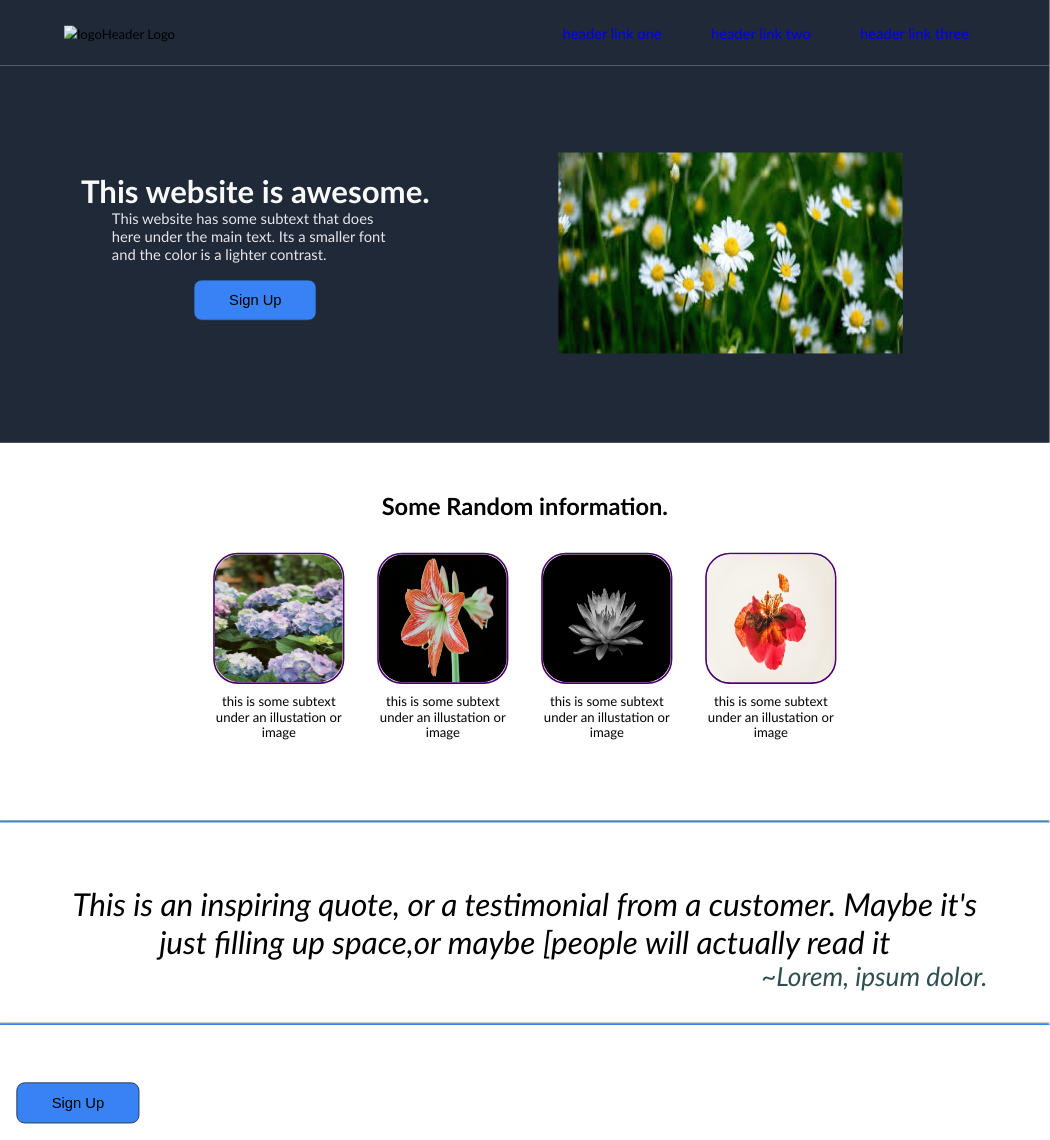
Repository: CassieHardluck/Landing-Page
Page: index.html
The author's editor kept a copy of each file at every save. The page is drawn from the files as they stood at one save, then again after the next save.
The browser window is 1280 px wide. The pictures show the whole page, at 82% of full size.

Above is the page before, as saved 2024-06-02 02:46:59.

### index.html
<!DOCTYPE html>
  <html lang="en">
    <head>
      <meta charset="UTF-8">
      <meta name="viewport" content="width=device-width, initial-scale=1.0">
      <title>Landing Page - theodinproject</title>
      <link rel="stylesheet" href="styles.css">
    </head>
    <body>

      <!-- header -->
      <header id="head">

        <!-- logo -->
        <div class="img-div">
          <img class="logo-img" src="" alt="logo">Header Logo
        </div>

        <!-- spacer to help my flex items fall into place right -->
        <div class="head-spacer"></div>

        <!-- navigation -->
        <nav class="navbar">
          <ul class="nav-list">
            <li class="nav-item">
              <a class="nav-link" href="#hero">
                header link one
              </a>
            </li>
            <li class="nav-item">
              <a class="nav-link" href="#info">
                header link two
              </a>
            </li>
            <li class="nav-item">
              <a class="nav-link" href="#contact">
                header link three
              </a>
            </li>
          </ul>
        </nav>

      </header>

      <!-- main  -->
      <main class="main">

        <!-- hero section -->
        <section id="hero">
          <div class="hero-text">
            <h1 class="main-text">This website is awesome.</h1>
            <p class="secondary-text">This website has some subtext that does here under the main text. Its a smaller font and the color is a lighter contrast.</p>
            <button class="sign-up">Sign Up</button>
          </div>
          <div class="hero-img-div">
            <img class="hero-img" src="images/flowers-2.jpeg" alt="eye monster">
          </div>
        </section>

        <!-- information section -->
        <section id="info">
          <p class="info-text">Some Random information.</p>
          <div class="flex-container">
            <div class="info-img-div">
              <img class="info-img" src="./images/with-clouds.jpg" alt="">
              <p class="info-img-text">this is some subtext under an illustation or image</p>
            </div>
            <div class="info-img-div">
              <img class="info-img" src="./images/suki-lee.jpg" alt="">
              <p class="info-img-text">this is some subtext under an illustation or image</p>
            </div>
            <div class="info-img-div">
              <img class="info-img" src="./images/wildshots.jpg" alt="">
              <p class="info-img-text">this is some subtext under an illustation or image</p>
            </div>
            <div class="info-img-div">
              <img class="info-img" src="./images/red-flower.jpg" alt="">
              <p class="info-img-text">this is some subtext under an illustation or image</p>
            </div>
          </div>
        </section>
        <section id="quote">
          <hr>
          <blockquote class="quote-text">This is an inspiring quote, or a testimonial from a customer. Maybe it's just filling up space,or maybe [people will actually read it<br> <span class="quote-author">~Lorem, ipsum dolor.</span></blockquote>
          <hr>
        </section>
        <section id="contact">
          <div class="info">
            <p></p>
          </div>
          <div class="button">
            <button class="sign-up">Sign Up</button>
          </div>
        </section>
      </main>
      <footer id="foot">

      </footer>
    </body>
  </html>

### styles.css
:root {
  /* hero & footer */
  --background-color: #1f2937;
  /* main text color */
  --main-color: #f9faf8;
  /* secondary text color & header link */
  --second-color: #e7e5eb;
  /* button background color */
  --button-color: #3882f6;
  --info-color: #1f2937;


}

* {
  margin: 0;
  padding: 0;
  box-sizing: border-box;
}

html {
  font-family:'Trebuchet MS', 'Lucida Sans Unicode', 'Lucida Grande', 'Lucida Sans', Arial, sans-serif;
  font-size: 16px;
}


button {
  margin: 20px;
  width: 150px;
  height: 50px;
  border-radius: 10px;
  font-size: 18px;
  border: 1px solid var(--info-color);
  background-color: var(--button-color);
}

hr {
  border-bottom: 2px solid var(--button-color);
}


#head {
  display: flex;
  justify-content: space-around;
  background-color: var(--background-color);
  align-items: center;
  height: 75px;
  padding: 40px;
}

#hero {
  padding: 60px;
  background-color: var(--background-color);
  display: flex;
  height: 460px;
  justify-content: space-around;
  align-items: center;
}

#info {
  padding: 20px;
  height: 460px;
}

#quote {
  height: 300px;
  }

.logo-img {
  width: 70px;
  height: 70px;
}

.head-spacer {
  width: 300px;
}

.nav-list {
  gap: 20px;
  display: flex;
  justify-content: space-between;
}

.nav-item {
  padding: 0 10px;
  list-style-type: none;
}

.nav-link {
  padding: 0 10px;
  font-size: 18px;
  text-decoration: none;
}

.hero-text {
  display: flex;
  flex-direction: column;
  justify-content: center;
  align-items: center;
  padding: 20px;
}

.main-text {
  color: var(--main-color);
  font-size: 38px;
  padding: auto 0;
}

.secondary-text {
  width: 350px;
  /* padding: 15px 30px;
  margin: 10px 20px; */
  font-size: 18px;
  color: var(--second-color);
}

.hero-img-div {
  padding: 20px;
}

.hero-img {
  margin: 40px;
  padding: 40px;
  width: 500px;
  height: 325px;
}

.info-text {
  text-align: center;
  font-size: 1.8rem;
  font-weight: bold;
  padding: 20px;
  margin-top: 20px;
}

.flex-container {
  display: flex;
  justify-content: center;
  align-items: center;
}

.info-img-div {
  width: 160px;
  height: 160px;
  border-radius: 30px;
  border: 2px solid #4c006d;
  margin: 20px;
}

.info-img {
  border-radius: 30px;
  width: 100%;
  height: 100%;
}

.info-img-text {
  padding: 10px 0;
  text-align: center;
}


.quote-text {
  margin: 38px;
  padding: 38px;
  font-weight: 200;
  font-size: 2.4rem;
  text-align: center;
  font-style: italic;
}

.quote-author {
  color: darkslategray;
  float: right;
  font-size: smaller;
  margin-left: 20px;
  text-align: right;
}

After the next save:
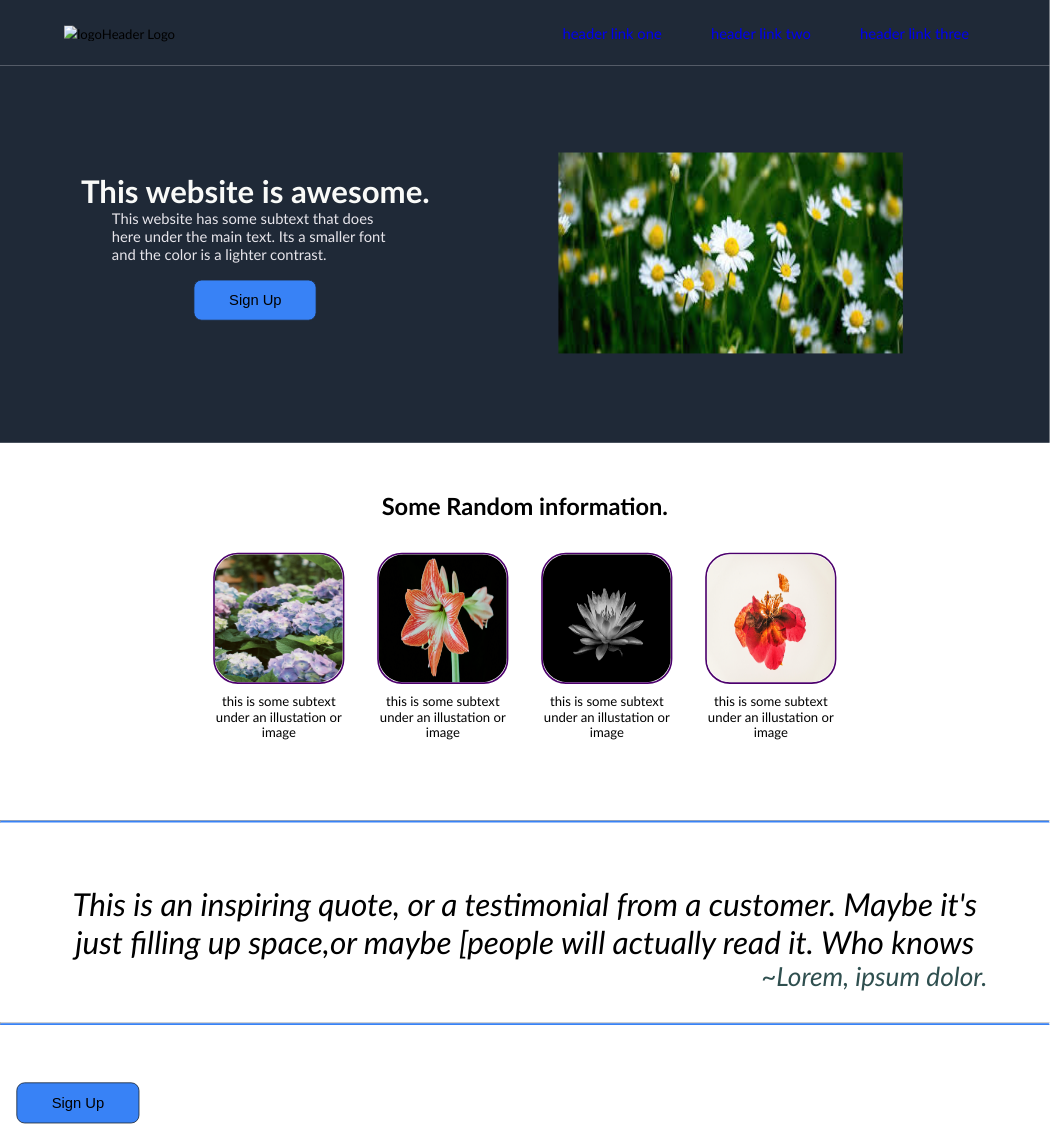
Saved 4 s later.
--- a/index.html
+++ b/index.html
@@ -81,7 +81,7 @@
         </section>
         <section id="quote">
           <hr>
-          <blockquote class="quote-text">This is an inspiring quote, or a testimonial from a customer. Maybe it's just filling up space,or maybe [people will actually read it<br> <span class="quote-author">~Lorem, ipsum dolor.</span></blockquote>
+          <blockquote class="quote-text">This is an inspiring quote, or a testimonial from a customer. Maybe it's just filling up space,or maybe [people will actually read it. Who knows<br> <span class="quote-author">~Lorem, ipsum dolor.</span></blockquote>
           <hr>
         </section>
         <section id="contact">
